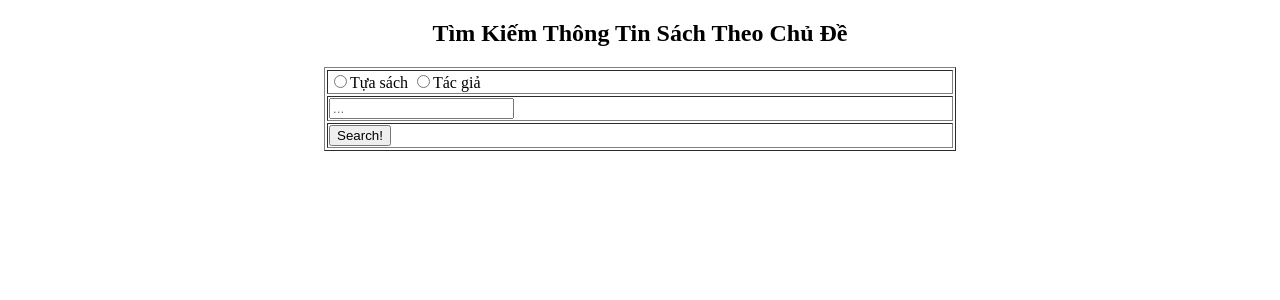
Repository: trangtruc/Java_NangCao
Page: http://localhost/EBookShop/myeshop.jsp
An editor plug-in stored every save of this project. The page is shown before and after the next save, followed by the edit.
The browser window is 1280 px wide. The pictures show the whole page.
The page is served by Tomcat 9. Other server files are loaded and not shown.

Above is the page before, as saved 2017-03-14 15:15:33.

### Buoi4/EBookShop/WebContent/myeshop.jsp
<%@ page language="java" contentType="text/html; charset=UTF-8"
    pageEncoding="UTF-8"%>
<!DOCTYPE html PUBLIC "-//W3C//DTD HTML 4.01 Transitional//EN" "http://www.w3.org/TR/html4/loose.dtd">
<html>
<head>
<meta http-equiv="Content-Type" content="text/html; charset=UTF-8">
<title>Insert title here</title>
</head>
<body>
	<h2 align="center">Tìm Kiếm Thông Tin Sách Theo Chủ Đề</h2>
	<form method="POST" action="Controller">
	<table align="center" border="1" width="50%">
		<tr>
			<td>
				<input type="radio" name="ra" value="title"/>Tựa sách
				<input type="radio" name="ra" value="author"/>Tác giả
			</td>
		</tr>
		<tr>
			<td>
				<input type="text" name="timkiem" placeholder="..."/>
			</td>
		</tr>
		<tr>
			<td>
				<input type="submit" value="Search!" />

			</td>
		</tr>

	</table>
	</form>
</body>
</html>

After the next save:
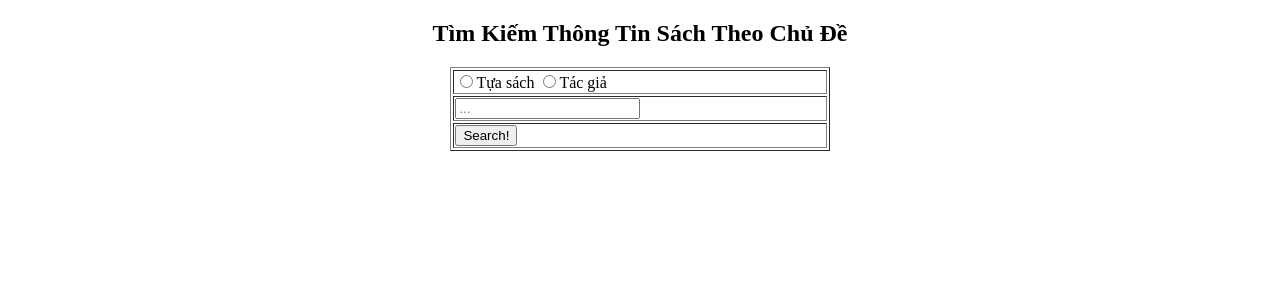
Saved 9 s later.
--- a/Buoi4/EBookShop/WebContent/myeshop.jsp
+++ b/Buoi4/EBookShop/WebContent/myeshop.jsp
@@ -9,7 +9,7 @@
 <body>
 	<h2 align="center">Tìm Kiếm Thông Tin Sách Theo Chủ Đề</h2>
 	<form method="POST" action="Controller">
-	<table align="center" border="1" width="50%">
+	<table align="center" border="1" width="30%">
 		<tr>
 			<td>
 				<input type="radio" name="ra" value="title"/>Tựa sách
